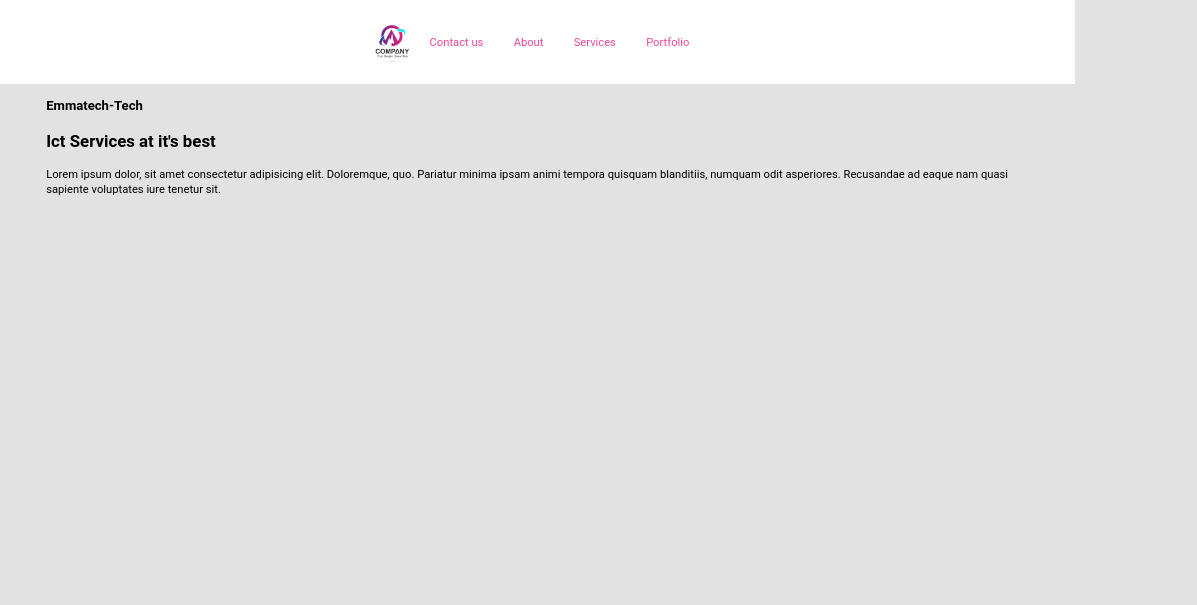
Repository: wisdomspine/emmatech-website
Page: index.html
These files come from the project's save history. The page is drawn as it stood at one moment and after the next save; the edit follows.
The browser window is 1280 px wide. The page is 1280 px wide, then 1425 px, so the pictures cover 1425 px, including what lies to the right of the window. The pictures show the whole page, at 84% of full size.

Above is the page before, as saved 2020-09-28 13:13:52.

After the next save:
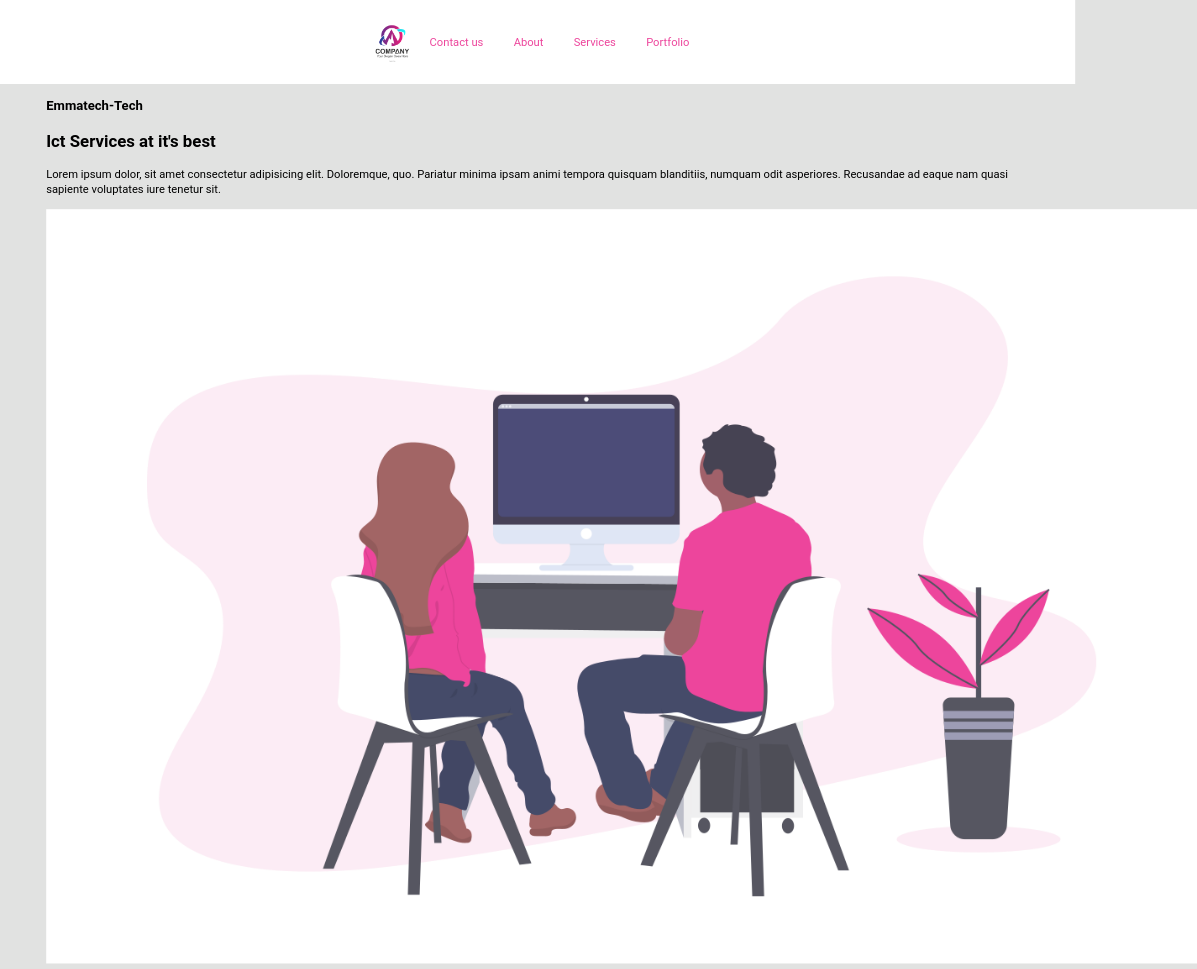
Saved 2 min 46 s later.
--- a/index.html
+++ b/index.html
@@ -47,7 +47,7 @@
                     </p>
                 </article>
                 <div>
-                    <img src="" alt="">
+                    <img src="./assets/images/slide/slide1.png" alt="">
                 </div>
             </div>
         </div>
